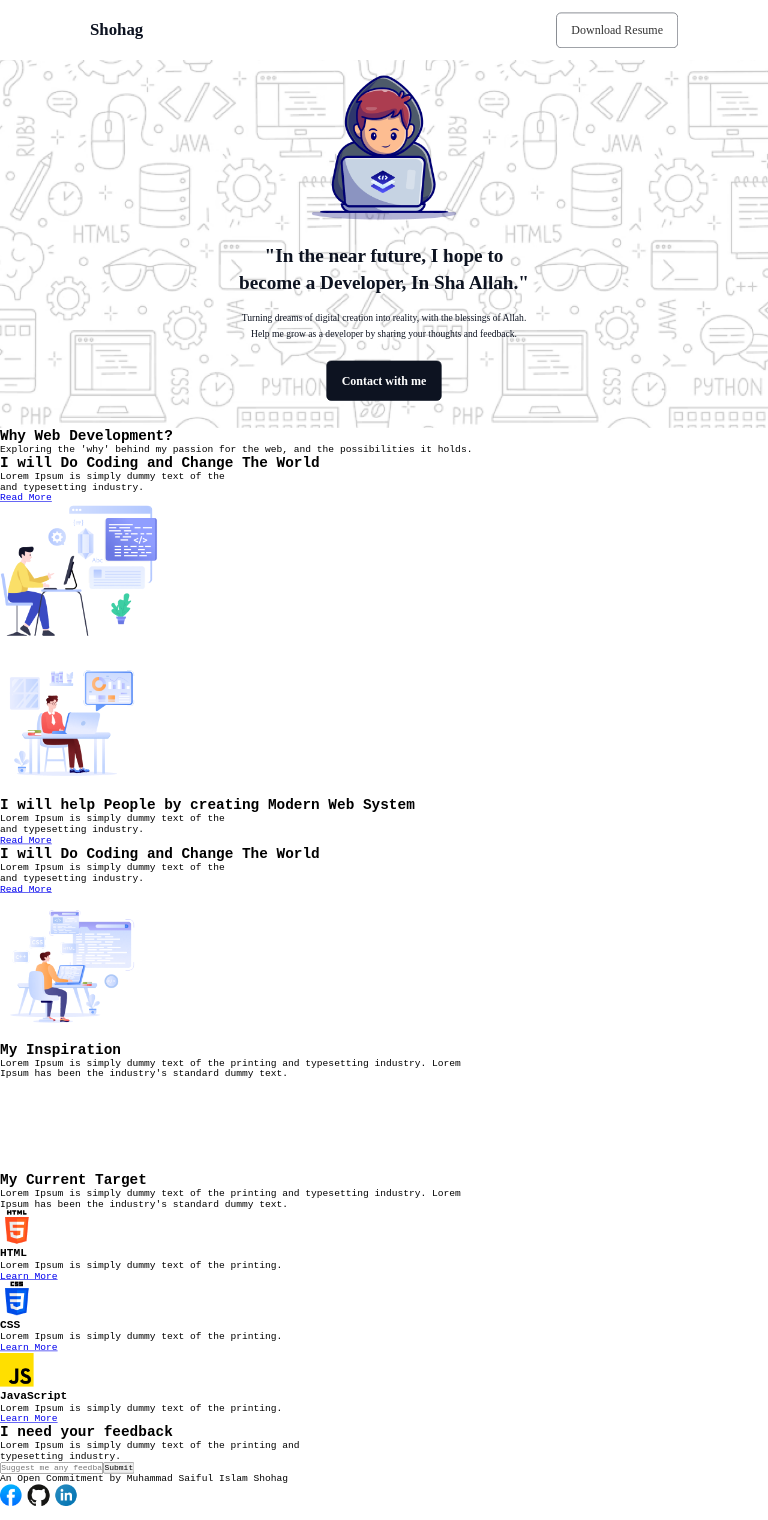
Repository: SHOHAG-NET/my-aspiration
Page: index.html
An editor plug-in stored every save of this project. The page is shown before and after the next save, followed by the edit.
The browser window is 1280 px wide. The pictures show the whole page, at 60% of full size.
Pictures or frames that could not be fetched are drawn as grey boxes. Some web fonts or font styles are not loaded; a fallback is used.

Above is the page before, as saved 2024-07-10 23:19:05.

### index.html
<!DOCTYPE html>
<html lang="en">
  <head>
    <meta charset="UTF-8" />
    <meta name="viewport" content="width=device-width, initial-scale=1.0" />
    <link rel="stylesheet" href="style.css" />
    <link rel="shortcut icon" href="./assets/favicon.png" type="image/x-icon" />
    <title>My Aspiration | Shohag</title>
  </head>
  <body>
    <!-- header section starts here which includes the navigation bar and the hero section -->
    <header>
      <nav>
        <h1>
          <a class="nav-title" href="./index.html">Shohag</a>
        </h1>
        <ul>
          <li>
            <a href="./files/simple-developer-porttfolio.pdf" download>
              <button class="resume-btn">Download Resume</button>
            </a>
          </li>
        </ul>
      </nav>
      <div class="hero-container">
        <div class="hero-img">
          <img src="./assets/hero-img.png" alt="I am a developer" />
        </div>
        <div class="hero-contents">
          <h1>
            "In the near future, I hope to <br />
            become a Developer, In Sha Allah."
          </h1>
          <p>
            Turning dreams of digital creation into reality, with the blessings of Allah.<br /> Help me grow as a developer by sharing your thoughts and feedback.
          </p>
        </div>
        <div>
          <a href="#support-container"
            ><button class="hero-btn">Contact with me</button></a
          >
        </div>
      </div>
    </header>
    <!-- main section starts here which includes the key parts of the website -->
    <main class="main-container">
      <!-- blog description section starts here -->
      <section class="blog-container">
        <div class="blog-description">
          <h1>Why Web Development?</h1>
          <p>
            Exploring the 'why' behind my passion for the web, and the possibilities it holds. <br's explore with me!
          </p>
        </div>
        <!-- blog content section starts here -->
        <article class="blog-content-left-to-right">
          <div class="content-text">
            <h2>I will Do Coding and Change The World</h2>
            <p>
              Lorem Ipsum is simply dummy text of the <br />
              and typesetting industry.
            </p>
            <a href="#" class="read-more-button">Read More</a>
          </div>
          <div class="content-image">
            <img
              src="./assets/blog-pic-1.png"
              alt="This is blog featured image"
            />
          </div>
        </article>
        <article class="blog-content-right-to-left">
          <div class="content-image">
            <img
              src="./assets/blog-pic-2.png"
              alt="This is blog featured image"
            />
          </div>
          <div class="content-text">
            <h2>I will help People by creating Modern Web System</h2>
            <p>
              Lorem Ipsum is simply dummy text of the <br />
              and typesetting industry.
            </p>
            <a href="#" class="read-more-button">Read More</a>
          </div>
        </article>
        <article class="blog-content-left-to-right">
          <div class="content-text">
            <h2>I will Do Coding and Change The World</h2>
            <p>
              Lorem Ipsum is simply dummy text of the <br />
              and typesetting industry.
            </p>
            <a href="#" class="read-more-button">Read More</a>
          </div>
          <div class="content-image">
            <img
              src="./assets/blog-pic-3.png"
              alt="This is blog featured image"
            />
          </div>
        </article>
      </section>
      <!-- inspiration section starts here -->
      <section class="inspiration-container">
        <div class="inspiration-content">
          <h1>My Inspiration</h1>
          <p>
            Lorem Ipsum is simply dummy text of the printing and typesetting
            industry. Lorem <br />Ipsum has been the industry's standard dummy
            text.
          </p>
        </div>
        <div class="inspiration-video">
          <iframe
            src="https://www.youtube.com/embed/JUwePydwbUI?si=UPq5v-Owrkgnsa76&amp;controls=0"
            title="YouTube video player"
            frameborder="0"
            allow="accelerometer; autoplay; clipboard-write; encrypted-media; gyroscope; picture-in-picture; web-share"
            referrerpolicy="strict-origin-when-cross-origin"
            allowfullscreen
          ></iframe>
        </div>
      </section>
      <!-- aspiration section starts here -->
      <!-- my current target section starts here -->
        <section class="my-current-target">
          <div class="ct-aspiration-content">
            <h1>My Current Target</h1>
            <p>
              Lorem Ipsum is simply dummy text of the printing and typesetting
              industry. Lorem <br/>Ipsum has been the industry's standard dummy text.
            </p>
          </div>
          <div class="aspiration-cardbox">
            <div id="card-box-1">
              <img src="./assets/html.png" alt="HTML" />
              <h3>HTML</h3>
              <p>Lorem Ipsum is simply dummy text of the printing.</p>
              <a href="#" >Learn More</a>
            </div>
            <div id="card-box-2">
              <img src="./assets/css.png" alt="CSS" />
              <h3>CSS</h3>
              <p>Lorem Ipsum is simply dummy text of the printing.</p>
              <a href="#">Learn More</a>
            </div>
            <div id="card-box-3">
              <img src="./assets/js.png" alt="JavaScript" />
              <h3>JavaScript</h3>
              <p>Lorem Ipsum is simply dummy text of the printing.</p>
              <a href="#">Learn More</a>
            </div>
          </div>
        </section>
        <!-- my next target section starts here -->
        <!-- <section class="my-next-target">
          <div class="nt-aspiration-content">
            <h1>My Next Target</h1>
            <p>
              Lorem Ipsum is simply dummy text of the printing and typesetting
              industry. Lorem Ipsum has been the industry's standard dummy text.
            </p>
          </div>
          <div class="aspiration-cardbox">
            <img src="./assets/html.png" alt="HTML" />
            <h3>HTML</h3>
            <p>Lorem Ipsum is simply dummy text of the printing.</p>
            <a href="">Learn More</a>
          </div>
          <div class="aspiration-cardbox">
            <img src="./assets/css.png" alt="CSS" />
            <h3>CSS</h3>
            <p>Lorem Ipsum is simply dummy text of the printing.</p>
            <a href="">Learn More</a>
          </div>
          <div class="aspiration-cardbox">
            <img src="./assets/js.png" alt="JavaScript" />
            <h3>JavaScript</h3>
            <p>Lorem Ipsum is simply dummy text of the printing.</p>
            <a href="">Learn More</a>
          </div>
        </section> -->
      </section>
      <!-- support section starts here -->
      <section class="support-container">
        <h1>I need your feedback</h1>
        <p>
          Lorem Ipsum is simply dummy text of the printing and <br />
          typesetting industry.
        </p>
        <div class="support-feedback-container">
          <input
            type="text"
            placeholder="Suggest me any feedback for me"
          /><button>Submit</button>
        </div>
      </section>
    </main>
    <!-- footer section starts here -->
    <footer>
      <div class="footer-container">
        <div class="footer-content">
          <p>An Open Commitment by Muhammad Saiful Islam Shohag</p>
        </div>
        <div class="social-media-container">
        <a href="https://www.facebook.com/programmingHero" target="_blank" ><img
          src="./assets/facebook.png"
          alt="Click to connect me with Facebook"
        ></a>
        <a href="https://github.com/SHOHAG-NET" target="_blank" ><img
          src="./assets/github.png"
          alt="Click to connect me with Github"
        ></a>
        <a href="https://www.linkedin.com/company/programminghero" target="_blank"" ><img
          src="./assets/linkedin.png"
          alt="Click to connect me with LinkedIn"
        ></a>
        </div>
      </div>
    </footer>
  </body>
</html>

### style.css
@import url("https://fonts.googleapis.com/css2?family=Azeret+Mono:ital,wght@0,100..900;1,100..900&display=swap");

* {
  margin: 0;
  padding: 0;
  box-sizing: border-box;
  font-family: "Azeret Mono", monospace;
}

/* shared style */

dark-common {
  color: 0D1321;
}

/* navbar style begins here */
nav {
  display: flex;
  align-items: center;
  justify-content: space-between;
  background: #fff;
  min-height: 100px;
}

ul li {
  list-style: none;
}

.nav-title {
  color: #0d1321;
  font-family: "Azeret Mono";
  font-size: 28px;
  font-style: normal;
  font-weight: 800;
  line-height: normal;
  text-decoration: none;
  margin-left: 150px;
}

.resume-btn {
  display: inline-flex;
  padding: 17px 24px;
  margin-right: 150px;
  justify-content: center;
  align-items: center;
  gap: 10px;
  border-radius: 8px;
  border: 1px solid #0d1321;
  background-color: #fff;
  cursor: pointer;
  opacity: 0.8;
  color: 0D1321;
  font-family: "Azeret Mono";
  font-size: 20px;
}

/* navbar style ends here */

/* hero section style begins here */
.hero-container {
  display: flex;
  flex-direction: column;
  align-items: center;
  background-image: url(assets/hero-bg.png);
  background-position: center;
  background-repeat: repeat-x;
  margin: 0 auto;
  padding-top: 26px;
  padding-bottom: 45px;
  min-height: 600px;
}

.hero-contents h1 {
  margin-top: 32px;
  color: #0d1321;
  text-align: center;
  font-family: "Azeret Mono";
  line-height: 45px;
}
.hero-contents p {
  margin-top: 24px;
  color: #0d1321;
  text-align: center;
  font-family: "Azeret Mono";
  line-height: 26px;
}

.hero-btn {
  margin-top: 32px;
  padding: 21px 24px;
  border-radius: 8px;
  border: 1px solid #0d1321;
  color: #fff;
  background-color: #0d1321;
  text-align: center;
  font-family: "Azeret Mono";
  font-size: 20px;
  font-style: normal;
  font-weight: 600;
  line-height: normal;
  cursor: pointer;
}
/* hero section style ends here */

After the next save:
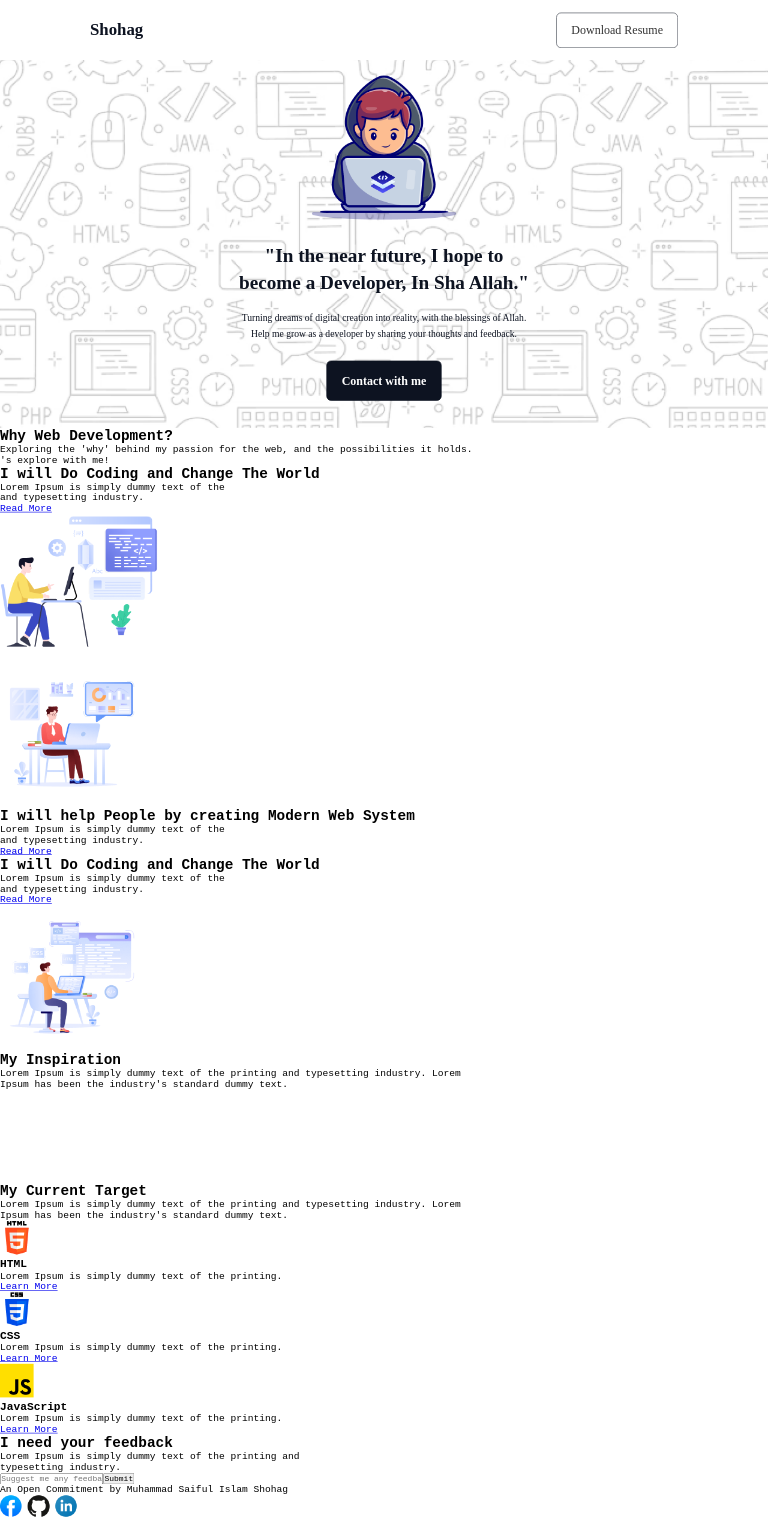
Saved 17 s later.
--- a/index.html
+++ b/index.html
@@ -49,7 +49,7 @@
         <div class="blog-description">
           <h1>Why Web Development?</h1>
           <p>
-            Exploring the 'why' behind my passion for the web, and the possibilities it holds. <br's explore with me!
+            Exploring the 'why' behind my passion for the web, and the possibilities it holds. <br/>'s explore with me!
           </p>
         </div>
         <!-- blog content section starts here -->
